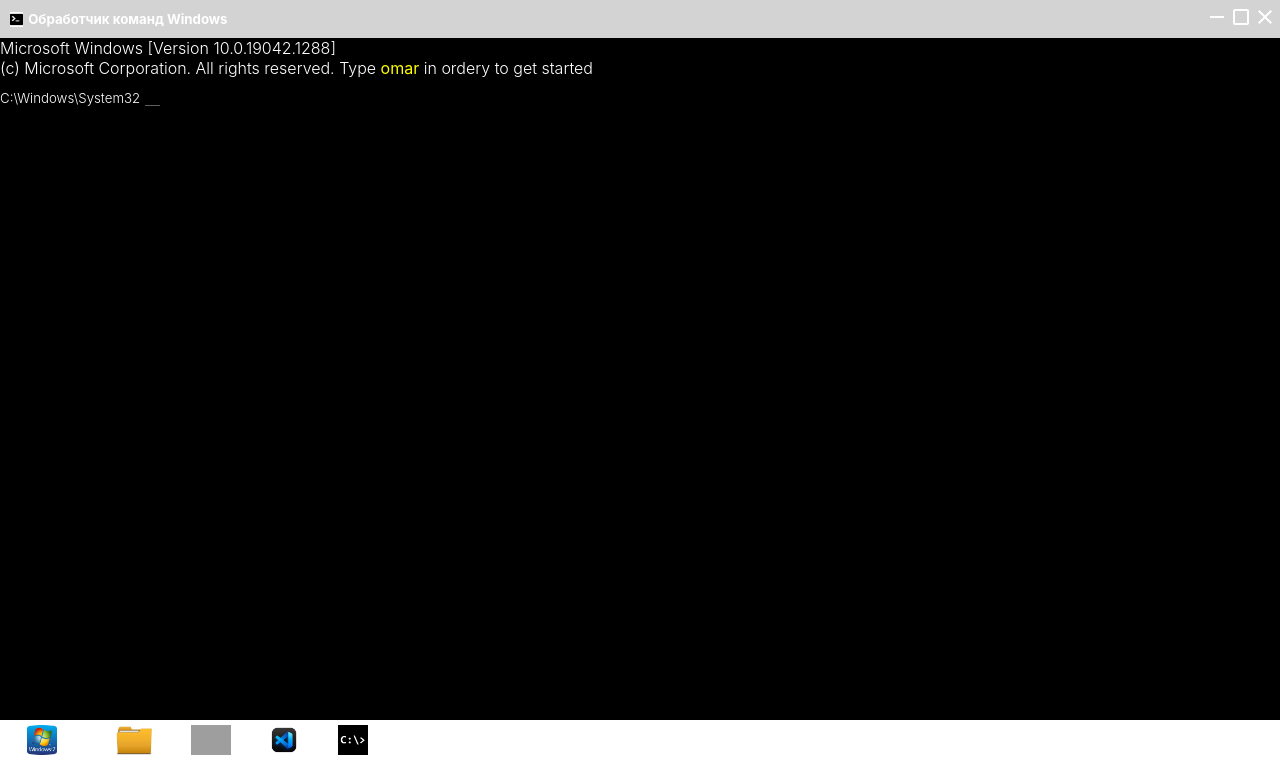
Repository: om1ars/cmd-port
Page: /
The author's editor kept a copy of each file at every save. The page is drawn from the files as they stood at one save, then again after the next save.
The browser window is 1280 px wide. The pictures show the whole page.
Pictures or frames that could not be fetched are drawn as grey boxes. The project was rebuilt for these pictures with package versions that can differ from the ones it lists, and the page was loaded fresh each time.

Above is the page before, as saved 2021-11-04 17:07:41.

After the next save:
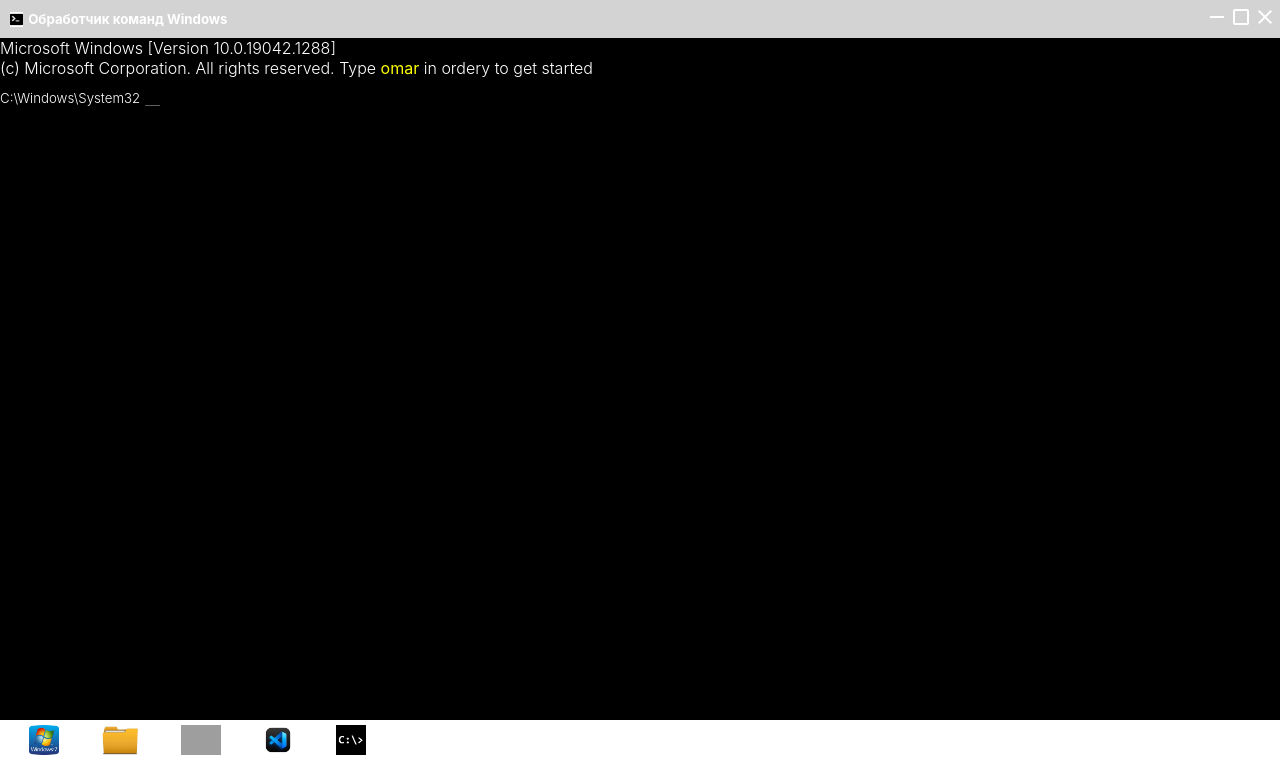
Saved 20 s later.
--- a/src/styles.css
+++ b/src/styles.css
@@ -109,5 +109,5 @@
   background-color: gray;
 }
 .windows {
-  margin-right: 20px;
+  /* margin-right: 20px; */
 }
